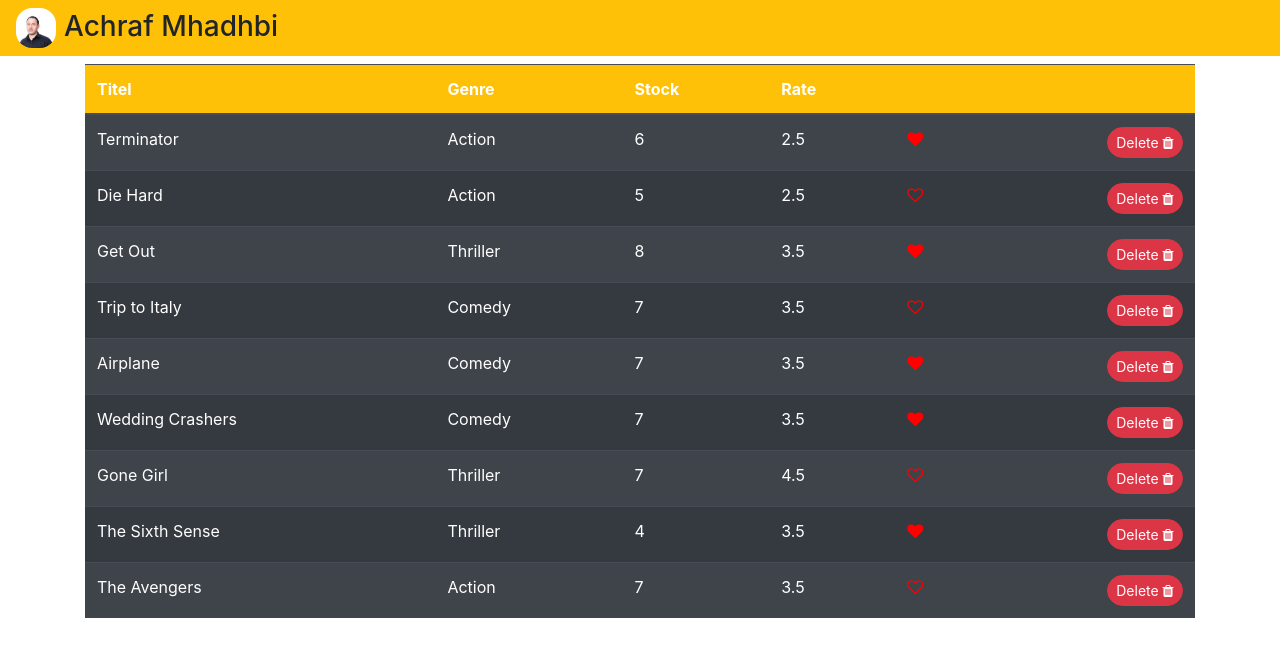
Repository: AMhadhbi/TecMovies-web-app
Page: /
An editor plug-in stored every save of this project. The page is shown before and after the next save, followed by the edit.
The browser window is 1280 px wide. The pictures show the whole page.
The project was rebuilt for these pictures with package versions that can differ from the ones it lists, and the page was loaded fresh each time.

Above is the page before, as saved 2021-03-08 22:02:43.

### src/index.js
import React from 'react';
import ReactDOM from 'react-dom';
import './index.css';
import App from './App';
import reportWebVitals from './reportWebVitals';
import "bootstrap/dist/css/bootstrap.css";
import "font-awesome/css/font-awesome.css";

ReactDOM.render(
  <React.StrictMode>
    <App />
  </React.StrictMode>,
  document.getElementById('root')
);

// If you want to start measuring performance in your app, pass a function
// to log results (for example: reportWebVitals(console.log))
// or send to an analytics endpoint. Learn more: https://bit.ly/CRA-vitals
reportWebVitals();

### src/App.js
import React from 'react';
import Movies from './components/movies';
import Navbar from './components/navbar';

function App() {
  return (
    <React.Fragment>
      <Navbar/>
      <div className='container'>
      <Movies/>
      </div>
    </React.Fragment>

   );
}

export default App;

### src/components/movies.jsx
import React, { Component } from 'react';
import { getMovies } from '../services/fakeMovieService';
import Like from './like';

class Movies extends Component {
    state = {
        movies : getMovies()
     }
    handleLike = (movie) => {
      const movies = [...this.state.movies];
      const index = movies.indexOf(movie);
      movies[index] = { ...movies[index]};
      movies[index].liked = !movies[index].liked;
      this.setState({movies})
    }
    handelDelete = (movie) => {
      const movies = [...this.state.movies];
      let movieInDb = movies.find((m) => m._id === movie._id);
      movies.splice(movies.indexOf(movieInDb), 1);
      this.setState({movies});

    }
    render() {
        const {movies} = this.state;
        return (
            <table className="table table-striped table-dark">
            <thead className="bg-warning">
              <tr>
                <th>Titel</th>
                <th>Genre</th>
                <th>Stock</th>
                <th>Rate</th>
                <th/>
                <th/>
              </tr>
            </thead>
            <tbody>
            {movies.map((movie) => (
                <tr key={movie.id}>
                    <td>{movie.title}</td>
                    <td>{movie.genre.name}</td>
                    <td>{movie.numberInStock}</td>
                    <td>{movie.dailyRentalRate}</td>
                    <td >
                      <Like
                      movie={movie}
                      OnLike={this.handleLike}/>
                    </td>
                    <td>
                    <button className="btn btn-danger btn-sm float-right badge-pill"
                    onClick={ () => this.handelDelete(movie)} >
                    Delete <i className="fa fa-trash"/>
                    </button>
                    </td>
            </tr>
            ))}

            </tbody>
          </table>
         );
    }
}

export default Movies;

### src/components/navbar.jsx
import React, { Component } from 'react';
class Navbar extends Component {
    render() {
        return (
            <nav className="navbar navbar-light bg-warning h3">
            <span>
                <img className ="mr-2" src='images/me.png' alt=""
                style={{width: "40px", height: "40px", borderRadius :"40%"}}
                />
                Achraf Mhadhbi
            </span>
            </nav>
         );
    }
}

export default Navbar;

### src/services/fakeMovieService.js
import * as genresAPI from "./fakeGenreService";

const movies = [
  {
    _id: "5b21ca3eeb7f6fbccd471815",
    title: "Terminator",
    genre: { _id: "5b21ca3eeb7f6fbccd471818", name: "Action" },
    numberInStock: 6,
    dailyRentalRate: 2.5,
    publishDate: "2018-01-03T19:04:28.809Z",
    liked: true,
  },
  {
    _id: "5b21ca3eeb7f6fbccd471816",
    title: "Die Hard",
    genre: { _id: "5b21ca3eeb7f6fbccd471818", name: "Action" },
    numberInStock: 5,
    dailyRentalRate: 2.5,
    liked: false,
  },
  {
    _id: "5b21ca3eeb7f6fbccd471817",
    title: "Get Out",
    genre: { _id: "5b21ca3eeb7f6fbccd471820", name: "Thriller" },
    numberInStock: 8,
    dailyRentalRate: 3.5,
    liked: true,
  },
  {
    _id: "5b21ca3eeb7f6fbccd471819",
    title: "Trip to Italy",
    genre: { _id: "5b21ca3eeb7f6fbccd471814", name: "Comedy" },
    numberInStock: 7,
    dailyRentalRate: 3.5,
    liked: false,
  },
  {
    _id: "5b21ca3eeb7f6fbccd47181a",
    title: "Airplane",
    genre: { _id: "5b21ca3eeb7f6fbccd471814", name: "Comedy" },
    numberInStock: 7,
    dailyRentalRate: 3.5,
    liked: true,
  },
  {
    _id: "5b21ca3eeb7f6fbccd47181b",
    title: "Wedding Crashers",
    genre: { _id: "5b21ca3eeb7f6fbccd471814", name: "Comedy" },
    numberInStock: 7,
    dailyRentalRate: 3.5,
    liked: true,
  },
  {
    _id: "5b21ca3eeb7f6fbccd47181e",
    title: "Gone Girl",
    genre: { _id: "5b21ca3eeb7f6fbccd471820", name: "Thriller" },
    numberInStock: 7,
    dailyRentalRate: 4.5,
    liked: false,
  },
  {
    _id: "5b21ca3eeb7f6fbccd47181f",
    title: "The Sixth Sense",
    genre: { _id: "5b21ca3eeb7f6fbccd471820", name: "Thriller" },
    numberInStock: 4,
    dailyRentalRate: 3.5,
    liked: true,
  },
  {
    _id: "5b21ca3eeb7f6fbccd471821",
    title: "The Avengers",
    genre: { _id: "5b21ca3eeb7f6fbccd471818", name: "Action" },
    numberInStock: 7,
    dailyRentalRate: 3.5,
    liked: false,
  },
];

export function getMovies() {
  return movies;
}

export function getMovie(id) {
  return movies.find((m) => m._id === id);
}

export function saveMovie(movie) {
  let movieInDb = movies.find((m) => m._id === movie._id) || {};
  movieInDb.name = movie.name;
  movieInDb.genre = genresAPI.genres.find((g) => g._id === movie.genreId);
  movieInDb.numberInStock = movie.numberInStock;
  movieInDb.dailyRentalRate = movie.dailyRentalRate;

  if (!movieInDb._id) {
    movieInDb._id = Date.now();
    movies.push(movieInDb);
  }

  return movieInDb;
}

export function deleteMovie(id) {
  let movieInDb = movies.find((m) => m._id === id);
  movies.splice(movies.indexOf(movieInDb), 1);
  return movieInDb;
}

### src/components/like.jsx
const Like = (props) => {
    const {movie, OnLike} = props;
    const clsIcon = movie.liked ? "fa fa-heart" :"fa fa-heart-o";
    return (
        <i className={clsIcon}
        style={{color:'red'}}
        onClick={ () => OnLike(movie)}>

        </i>
     );
}

export default Like;

Loaded but not shown: public/index.html (common file); src/index.css (common file); src/reportWebVitals.js (common file); src/services/fakeGenreService.js (common file)

After the next save:
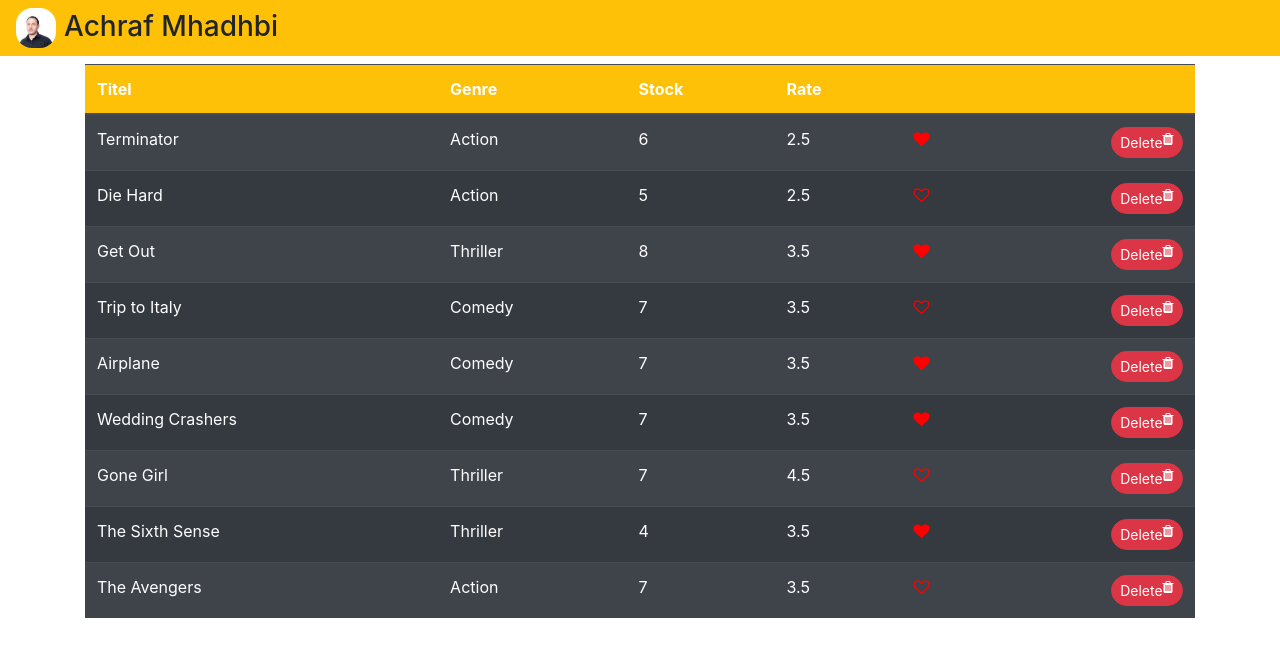
Saved 11 s later.
--- a/src/components/movies.jsx
+++ b/src/components/movies.jsx
@@ -49,7 +49,7 @@ class Movies extends Component {
                     <td>
                     <button className="btn btn-danger btn-sm float-right badge-pill"
                     onClick={ () => this.handelDelete(movie)} >
-                    Delete <i className="fa fa-trash"/>
+                    Delete <i className="fa fa-trash float-right"/>
                     </button>
                     </td>
             </tr>
